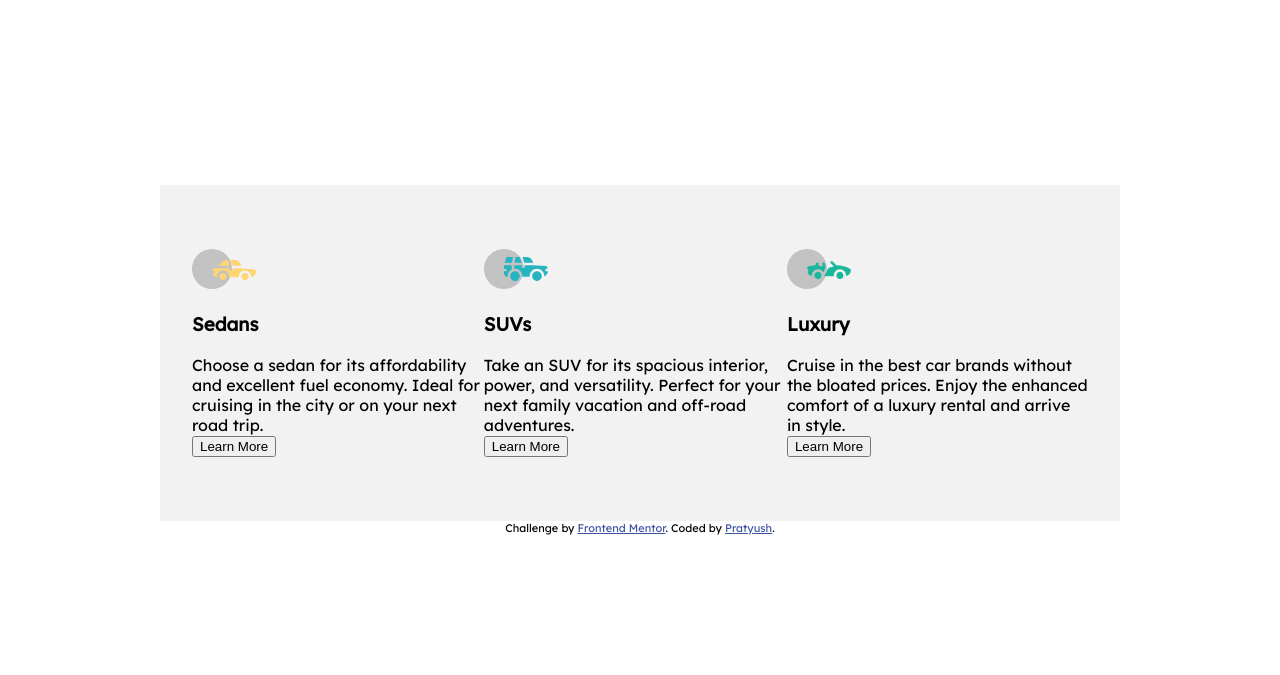
Repository: PratypartyY2K/frontendmentor-challenges
Page: 3-column-card/index.html
These files come from the project's save history. The page is drawn as it stood at one moment and after the next save; the edit follows.
The browser window is 1280 px wide. The pictures show the whole page.

Above is the page before, as saved 2021-07-14 12:47:10.

### 3-column-card/index.html
<!DOCTYPE html>
<html lang="en">
  <head>
    <meta charset="UTF-8" />
    <meta name="viewport" content="width=device-width, initial-scale=1.0" />
    <!-- displays site properly based on user's device -->

    <link
      rel="icon"
      type="image/png"
      sizes="32x32"
      href="./images/favicon-32x32.png"
    />

    <!--font-->
    <link rel="preconnect" href="https://fonts.googleapis.com" />
    <link rel="preconnect" href="https://fonts.gstatic.com" crossorigin />
    <link
      href="https://fonts.googleapis.com/css2?family=Big+Shoulders+Display:wght@700&display=swap"
      rel="stylesheet"
    />
    <link
      href="https://fonts.googleapis.com/css2?family=Lexend+Deca&display=swap"
      rel="stylesheet"
    />

    <title>Frontend Mentor | 3-column preview card component</title>

    <link rel="stylesheet" href="style.css" />
  </head>
  <body>
    <div class="card-wrapper">
      <div class="col-1">
        <img src="images/icon-sedans.svg" class="icon" />
        <h3>Sedans</h3>
        <div class="card-content">
          Choose a sedan for its affordability and excellent fuel economy. Ideal
          for cruising in the city or on your next road trip.
        </div>
        <button class="btn-1">Learn More</button>
      </div>
      <div class="col-2">
        <img src="images/icon-suvs.svg" class="icon" />
        <h3>SUVs</h3>
        <div class="card-content">
          Take an SUV for its spacious interior, power, and versatility. Perfect
          for your next family vacation and off-road adventures.
        </div>
        <button class="btn-2">Learn More</button>
      </div>
      <div class="col-3">
        <img src="images/icon-luxury.svg" class="icon" />
        <h3>Luxury</h3>
        <div class="card-content">
          Cruise in the best car brands without the bloated prices. Enjoy the
          enhanced comfort of a luxury rental and arrive in style.
        </div>
        <button class="btn-3">Learn More</button>
      </div>
    </div>

    <div class="attribution">
      Challenge by
      <a href="https://www.frontendmentor.io?ref=challenge" target="_blank"
        >Frontend Mentor</a
      >. Coded by
      <a
        href="https://www.frontendmentor.io/profile/PratypartyY2K"
        target="_blank"
        >Pratyush</a
      >.
    </div>
  </body>
</html>

### 3-column-card/style.css
:root {
    --primary-orange: hsl(31, 77%, 52%);
    --primary-cyan: hsl(184, 100%, 22%);
    --primary-dark-cyan: hsl(179, 100%, 13%);
    --neutral-white: hsla(0, 0%, 100%, 0.75);
    --neutral-gray: hsl(0, 0%, 95%);
    --col-padding: 2.5rem 4rem;
}

body {
    margin: 0;
    font-family: 'Lexend Deca', sans-serif;
    min-height: 100vh;
    display: flex;
    flex-direction: column;
    justify-content: center;
    align-items: center;
    padding: 0 10rem;
}

.card-wrapper {
    background-color: var(--neutral-gray);
    display: flex;
    padding: 4rem 2rem;
}

@media only screen and (max-width: 600px) {


    .card-wrapper {
        display: flex;
        flex-direction: column;
        padding: 4rem 2rem;
    }

    .col-1 {
        background-color: var(--primary-orange);
        border-radius: 8px 8px 0 0;
        padding: var(--col-padding);
    }

    .col-2 {
        background-color: var(--primary-cyan);
        padding: var(--col-padding);
    }

    .col-3 {
        background-color: var(--primary-dark-cyan);
        border-radius: 0 0 8px 8px;
        padding: var(--col-padding);
    }

    h3 {
        color: var(--neutral-gray);
        font-size: 2rem;
        font-family: 'Big Shoulders Display', cursive;
        font-weight: 700;
        text-transform: uppercase;

    }

    .card-content {
        font-size: 0.75rem;
        color: var(--neutral-white);
        line-height: 1.25rem;
        margin-bottom: 1.5rem;
        letter-spacing: 1px;
    }

    button {
        background-color: var(--neutral-gray);
        padding: 0.75rem 1.5rem;
        border: none;
        border-radius: 25px;
        outline-style: none;
        letter-spacing: 1px;
        font-weight: 700;
    }

    .btn-1 {
        color: var(--primary-orange);
    }

    .btn-2 {
        color: var(--primary-cyan);
    }

    .btn-3 {
        color: var(--primary-dark-cyan);
    }
}

.attribution {
    font-size: 11px;
    text-align: center;
}
.attribution a {
    color: hsl(228, 45%, 44%);
}

After the next save:
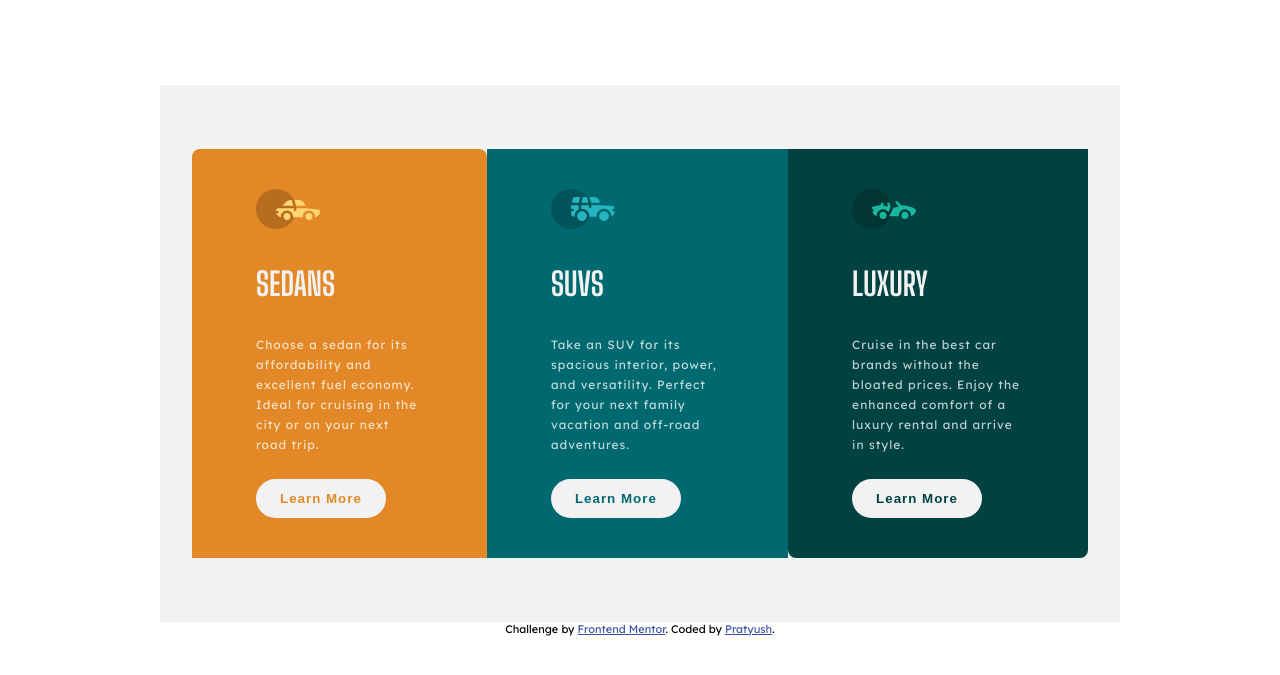
Saved 21 s later.
--- a/3-column-card/style.css
+++ b/3-column-card/style.css
@@ -22,6 +22,62 @@ body {
     background-color: var(--neutral-gray);
     display: flex;
     padding: 4rem 2rem;
+}
+
+.col-1 {
+    background-color: var(--primary-orange);
+    border-radius: 8px 8px 0 0;
+    padding: var(--col-padding);
+}
+
+.col-2 {
+    background-color: var(--primary-cyan);
+    padding: var(--col-padding);
+}
+
+.col-3 {
+    background-color: var(--primary-dark-cyan);
+    border-radius: 0 0 8px 8px;
+    padding: var(--col-padding);
+}
+
+h3 {
+    color: var(--neutral-gray);
+    font-size: 2rem;
+    font-family: 'Big Shoulders Display', cursive;
+    font-weight: 700;
+    text-transform: uppercase;
+
+}
+
+.card-content {
+    font-size: 0.75rem;
+    color: var(--neutral-white);
+    line-height: 1.25rem;
+    margin-bottom: 1.5rem;
+    letter-spacing: 1px;
+}
+
+button {
+    background-color: var(--neutral-gray);
+    padding: 0.75rem 1.5rem;
+    border: none;
+    border-radius: 25px;
+    outline-style: none;
+    letter-spacing: 1px;
+    font-weight: 700;
+}
+
+.btn-1 {
+    color: var(--primary-orange);
+}
+
+.btn-2 {
+    color: var(--primary-cyan);
+}
+
+.btn-3 {
+    color: var(--primary-dark-cyan);
 }
 
 @media only screen and (max-width: 600px) {
